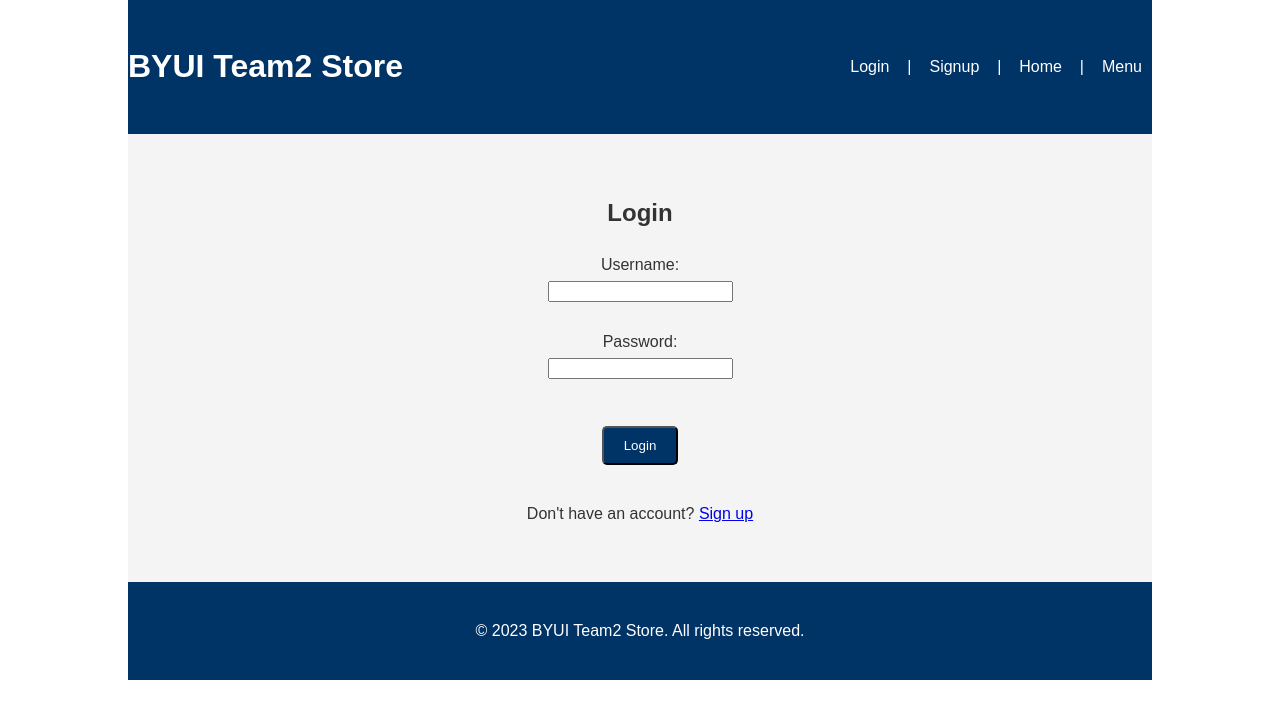
Repository: Jsime34/RexburgStore
Page: http://localhost/login/
An editor plug-in stored every save of this project. The page is shown before and after the next save, followed by the edit.
The browser window is 1280 px wide. The pictures show the whole page.
The page is served by the project's application, run on Django 5.2 (manage.py). Other server files are loaded and not shown.

Above is the page before, as saved 2025-06-04 20:17:34.

### loginpage/templates/loginpage/login.html
{% extends 'loginpage/base.html' %}

{% block content %}
{% if request.GET.next %}
  <script>
    window.loginRequired = true;
  </script>
{% endif %}

<section class="hero container">
    <h2>Login</h2>
    {% if messages %}
        {% for message in messages %}
            <p style="color:red">{{ message }}</p>
        {% endfor %}
    {% endif %}
    <form method="POST">
        {% csrf_token %}
        <label>Username:</label><br>
        <input type="text" name="username" required><br><br>
        <label>Password:</label><br>
        <input type="password" name="password" required><br><br>
        <button type="submit" class="cta-button">Login</button>
    </form>
    <p>Don't have an account? <a href="{% url 'signup' %}">Sign up</a></p>
</section>
{% endblock %}

### loginpage/templates/loginpage/base.html
{% load static %}
<!DOCTYPE html>
<html lang="en">
<head>
    <meta charset="UTF-8">
    <meta name="viewport" content="width=device-width, initial-scale=1.0">
    <link rel="stylesheet" href="{% static 'loginpage/style.css' %}">
    <script src="https://cdn.jsdelivr.net/npm/sweetalert2@11"></script>
    <script src="{% static 'loginpage/scripts.js' %}" defer></script>
    <title>{% block title %}BYUI Store{% endblock %}</title>
</head>
<body>
    <header class="container">
        <div class="header-content">
            <h1>BYUI Team2 Store</h1>
            <div class="nav-links">
                {% if user.is_authenticated %}
                    <a href="{% url 'create-listing' %}" class="nav-link">Create Listing</a>
                    <a href="{% url 'logout' %}" class="nav-link">Logout</a>
                    <a href="{% url 'user-dashboard' %}" class="nav-link">Dashboard</a>
                    <a href="{% url 'inbox' %}" class="nav-link">Inbox</a>
                    <a href="{% url 'chat' %}" class="nav-link">RexburgChat</a>
                {% else %}
                    <a href="{% url 'login' %}" class="nav-link">Login</a>
                    <a href="{% url 'signup' %}" class="nav-link">Signup</a>
                {% endif %}
                <a href="/" class="nav-link">Home</a>
                <a href="#" class="nav-link">Menu</a>
            </div>
        </div>
    </header>

    {% block content %}{% endblock %}

    <footer class="container">
        <p>&copy; 2023 BYUI Team2 Store. All rights reserved.</p>
    </footer>
</body>
</html>

### loginpage/views.py
from django.shortcuts import render, redirect
from django.contrib.auth import authenticate, login
from django.contrib.auth.forms import UserCreationForm
from django.contrib import messages
from django.contrib.auth.decorators import login_required
from django.contrib.auth import logout
from .forms import CustomUserCreationForm
from .forms import ListingForm
from .models import Listing, Message
from django.shortcuts import get_object_or_404
from django.contrib.auth.models import User
from django.db import models
from django.db.models import Q, Max
# from .models import Message
from django.contrib.auth.models import User


def store_view(request):
    listings = Listing.objects.all()
    categories = Listing.objects.values_list('category', flat=True).distinct()

    selected_category = request.GET.get('category')
    if selected_category:
        listings = listings.filter(category=selected_category)

    return render(request, "loginpage/loginpage.html", {
        "listings": listings,
        "categories": categories,
        "selected_category": selected_category,
    })


def login_view(request):
    show_alert = request.GET.get("auth_required") == "true"

    if request.method == "POST":
        username = request.POST["username"]
        password = request.POST["password"]
        user = authenticate(request, username=username, password=password)
        if user is not None:
            login(request, user)
            return redirect("store")  # redirect to store
        else:
            messages.error(request, "Invalid username or password.")

    return render(request, "loginpage/login.html", {"show_alert": show_alert})



def signup_view(request):
    if request.method == "POST":
        form = CustomUserCreationForm(request.POST)
        if form.is_valid():
            form.save()
            messages.success(request, "Account created! You can now log in.")
            return redirect("login")
    else:
        form = CustomUserCreationForm()
    return render(request, "loginpage/signup.html", {"form": form})


@login_required
def home_view(request):
    return render(request, "loginpage/home.html")  # optional


def logout_view(request):
    logout(request)
    messages.success(request, "You have been logged out.")
    return redirect("login")

@login_required(login_url='login')
def create_listing(request):
    if request.method == "POST":
        form = ListingForm(request.POST, request.FILES)
        if form.is_valid():
            listing = form.save(commit=False)
            listing.seller = request.user
            listing.save()
            messages.success(request, "Listing created successfully!")
            return redirect("create-listing")
    else:
        form = ListingForm()
    return render(request, "loginpage/create_listing.html", {"form": form})

@login_required
def user_dashboard(request):
    user = request.user
    user_listings = Listing.objects.filter(seller=user)

    context = {
        "user": user,
        "listings": user_listings,
    }
    return render(request, "loginpage/dashboard.html", context)

@login_required
def delete_listing(request, listing_id):
    listing = get_object_or_404(Listing, id=listing_id, seller=request.user)
    if request.method == "POST":
        listing.delete()
        messages.success(request, "Listing deleted.")
    return redirect("user-dashboard")


@login_required
def edit_listing(request, listing_id):
    listing = Listing.objects.get(id=listing_id, seller=request.user)

    if request.method == "POST":
        form = ListingForm(request.POST, request.FILES, instance=listing)
        if form.is_valid():
            form.save()
            messages.success(request, "Listing updated successfully!")
            return redirect("user-dashboard")
    else:
        form = ListingForm(instance=listing)

    return render(request, "loginpage/edit_listing.html", {"form": form, "listing": listing})

def listing_detail(request, listing_id):
    listing = get_object_or_404(Listing, id=listing_id)
    return render(request, "loginpage/listing_detail.html", {"listing": listing})

def seller_profile(request, seller_id):
    seller = get_object_or_404(User, id=seller_id)
    listings = Listing.objects.filter(seller=seller)

    return render(request, "loginpage/seller_profile.html", {
        "seller": seller,
        "listings": listings
    })



@login_required
def chat_view(request):
    return render(request, "loginpage/chat.html", {"username": request.user.username})


@login_required
def conversation_view(request, user_id):
    other_user = get_object_or_404(User, id=user_id)

    messages = Message.objects.filter(
        (models.Q(sender=request.user) & models.Q(receiver=other_user)) |
        (models.Q(sender=other_user) & models.Q(receiver=request.user))
    ).order_by("timestamp")

    if request.method == "POST":
        content = request.POST.get("content")
        if content:
            Message.objects.create(sender=request.user, receiver=other_user, content=content)
            return redirect("conversation", user_id=other_user.id)

    context = {
        "other_user": other_user,
        "messages": messages,
    }
    return render(request, "loginpage/conversation.html", context)


@login_required
def inbox_view(request):
    # Get all unique users this user has had conversations with
    conversations = (
        Message.objects
        .filter(Q(sender=request.user) | Q(receiver=request.user))
        .values('sender', 'receiver')
        .annotate(latest=Max('timestamp'))
        .order_by('-latest')
    )

    # Resolve other users in each conversation
    other_users = []
    seen_pairs = set()
    for convo in conversations:
        user_ids = tuple(sorted([convo['sender'], convo['receiver']]))
        if user_ids in seen_pairs or convo['sender'] == convo['receiver']:
            continue
        seen_pairs.add(user_ids)
        other_id = convo['receiver'] if convo['sender'] == request.user.id else convo['sender']
        from django.contrib.auth.models import User
        other_users.append(User.objects.get(id=other_id))

    context = {'conversations': other_users}
    return render(request, 'loginpage/inbox.html', context)

### mysite/urls.py
"""
URL configuration for mysite project.

The `urlpatterns` list routes URLs to views. For more information please see:
    https://docs.djangoproject.com/en/5.2/topics/http/urls/
Examples:
Function views
    1. Add an import:  from my_app import views
    2. Add a URL to urlpatterns:  path('', views.home, name='home')
Class-based views
    1. Add an import:  from other_app.views import Home
    2. Add a URL to urlpatterns:  path('', Home.as_view(), name='home')
Including another URLconf
    1. Import the include() function: from django.urls import include, path
    2. Add a URL to urlpatterns:  path('blog/', include('blog.urls'))
"""
from django.contrib import admin
from django.urls import path, include
from django.conf import settings  # ✅ Needed for serving media
from django.conf.urls.static import static

urlpatterns = [
    path('admin/', admin.site.urls),
    path("", include("loginpage.urls")),
]

if settings.DEBUG:
    urlpatterns += static(settings.MEDIA_URL, document_root=settings.MEDIA_ROOT)

### loginpage/urls.py
from django.urls import path
from . import views

urlpatterns = [
    path("", views.store_view, name="store"),           # Store homepage
    path("login/", views.login_view, name="login"),     # Login route
    path("signup/", views.signup_view, name="signup"),
    path("logout/", views.logout_view, name="logout"),  # Logout route
    path("home/", views.home_view, name="home"),        # Not created yet
    path("create/", views.create_listing, name="create-listing"), #Create listing
    path("dashboard/", views.user_dashboard, name="user-dashboard"),
    path("delete/<int:listing_id>/", views.delete_listing, name="delete-listing"),
    path("edit/<int:listing_id>/", views.edit_listing, name="edit-listing"),
    path("listing/<int:listing_id>/", views.listing_detail, name="listing-detail"),
    path("seller/<int:seller_id>/", views.seller_profile, name="seller-profile"),
    path("chat/", views.chat_view, name="chat"),
    path("chat/<int:user_id>/", views.conversation_view, name="conversation"),
    path('inbox/', views.inbox_view, name='inbox'),







]

### loginpage/static/loginpage/style.css
body {
    font-family: Arial, sans-serif;
    line-height: 1.6;
    margin: 0;
    padding: 0;
    color: #333;
}
.container {
    width: 80%;
    margin: auto;
    overflow: hidden;
}
header {
    background: #003366;
    color: white;
    padding: 20px 0;
}
.header-content {
    display: flex;
    justify-content: space-between;
    align-items: center;
}
.nav-links {
    display: flex;
    gap: 20px;
}
.nav-link {
    position: relative;
    color: white;
    text-decoration: none;
    padding: 0 10px;
}
.nav-link:not(:last-child)::after {
    content: "|";
    position: absolute;
    right: -12px;
    color: white;
}
.nav-link:hover {
    text-decoration: underline;
}
.hero {
    padding: 40px 0;
    text-align: center;
    background: #f4f4f4;
}
.cta-button {
    display: inline-block;
    background: #003366;
    color: white;
    padding: 10px 20px;
    text-decoration: none;
    border-radius: 5px;
    margin: 20px 0;
}
.features {
    padding: 40px 0;
    text-align: center;
}
table {
    width: 100%;
    border-collapse: collapse;
    margin: 20px 0;
}
th, td {
    padding: 15px;
    border: 1px solid #ddd;
    text-align: center;
}
.newsletter {
    background: #f4f4f4;
    padding: 40px 0;
    text-align: center;
}
input[type="email"] {
    padding: 10px;
    width: 300px;
    margin-right: 10px;
}
input[type="submit"] {
    padding: 10px 20px;
    background: #003366;
    color: white;
    border: none;
    border-radius: 5px;
    cursor: pointer;
}
footer {
    background: #003366;
    color: white;
    text-align: center;
    padding: 20px 0;
    margin-top: 20px;
}

.listing-grid {
    display: grid;
    grid-template-columns: repeat(auto-fit, minmax(250px, 1fr));
    gap: 1.5rem;
    margin-top: 1rem;
}

.listing-card {
    border: 1px solid #ccc;
    padding: 1rem;
    border-radius: 8px;
    background-color: #fdfdfd;
    box-shadow: 0 2px 6px rgba(0, 0, 0, 0.05);
}

.listing-image {
    width: 50%;
    height: 200px;
    object-fit: cover;
    border-radius: 6px;
    margin-bottom: 0.5rem;
    display: block;
    background-color: #f4f4f4;
}

### loginpage/static/loginpage/scripts.js
// scripts.js

document.addEventListener("DOMContentLoaded", function () {
    // SweetAlert2 for form errors
    const errorDataElement = document.getElementById("form-errors-data");
    if (errorDataElement) {
        const errors = JSON.parse(errorDataElement.textContent);
        let message = "";
        for (const [field, fieldErrors] of Object.entries(errors)) {
            fieldErrors.forEach((error) => {
                message += `${field}: ${error}\n`;
            });
        }

        Swal.fire({
            icon: "error",
            title: "Form Error",
            text: message,
            confirmButtonColor: "#003366",
        });
    }

    // SweetAlert2 for listing success
    if (window.listingSuccessMessages && window.listingSuccessMessages.length > 0) {
        Swal.fire({
            icon: "success",
            title: "Success!",
            text: window.listingSuccessMessages.join("\n"),
            confirmButtonColor: "#003366",
        });
    }

    // ----------------------
    // Ably Chat Integration
    // ----------------------

    // Only run if chat container exists
    if (document.getElementById("chat-log")) {
        const ably = new Ably.Realtime("gO7FKA.3mj-1Q:g-UunUZGmbXW_bcwflzEAvyIGKb4Ej3E3EVXnp-ad6o");
        const channel = ably.channels.get("rexburg-store-chat");

        // Send a chat message
        window.sendMessage = function () {
            const input = document.getElementById("chat-message");
            const message = input.value.trim();
            if (message) {
                channel.publish("message", message);
                input.value = "";
            }
        };

        // Listen for incoming messages
        channel.subscribe("message", function (msg) {
            const log = document.getElementById("chat-log");
            const line = document.createElement("div");
            line.textContent = msg.data;
            log.appendChild(line);
            log.scrollTop = log.scrollHeight;
        });
    }
});

After the next save:
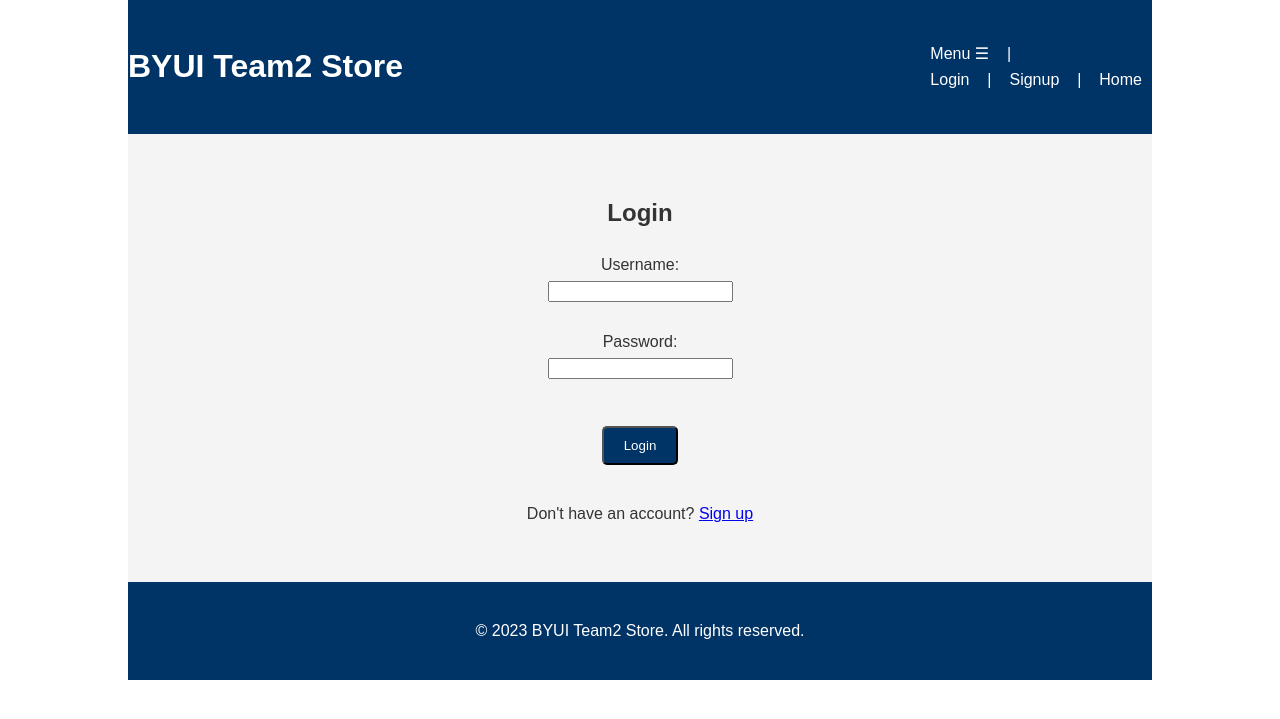
Saved 10 min 35 s later.
--- a/loginpage/templates/loginpage/base.html
+++ b/loginpage/templates/loginpage/base.html
@@ -13,20 +13,22 @@
     <header class="container">
         <div class="header-content">
             <h1>BYUI Team2 Store</h1>
-            <div class="nav-links">
-                {% if user.is_authenticated %}
-                    <a href="{% url 'create-listing' %}" class="nav-link">Create Listing</a>
-                    <a href="{% url 'logout' %}" class="nav-link">Logout</a>
-                    <a href="{% url 'user-dashboard' %}" class="nav-link">Dashboard</a>
-                    <a href="{% url 'inbox' %}" class="nav-link">Inbox</a>
-                    <a href="{% url 'chat' %}" class="nav-link">RexburgChat</a>
-                {% else %}
-                    <a href="{% url 'login' %}" class="nav-link">Login</a>
-                    <a href="{% url 'signup' %}" class="nav-link">Signup</a>
-                {% endif %}
-                <a href="/" class="nav-link">Home</a>
-                <a href="#" class="nav-link">Menu</a>
-            </div>
+            <div class="menu-container">
+    <a href="#" id="menu-toggle" class="nav-link">Menu ☰</a>
+    <div class="nav-links" id="menu-content">
+        {% if user.is_authenticated %}
+            <a href="{% url 'create-listing' %}" class="nav-link">Create Listing</a>
+            <a href="{% url 'logout' %}" class="nav-link">Logout</a>
+            <a href="{% url 'user-dashboard' %}" class="nav-link">Dashboard</a>
+            <a href="{% url 'inbox' %}" class="nav-link">Inbox</a>
+            <a href="{% url 'chat' %}" class="nav-link">RexburgChat</a>
+        {% else %}
+            <a href="{% url 'login' %}" class="nav-link">Login</a>
+            <a href="{% url 'signup' %}" class="nav-link">Signup</a>
+        {% endif %}
+        <a href="/" class="nav-link">Home</a>
+    </div>
+</div>
         </div>
     </header>
 
